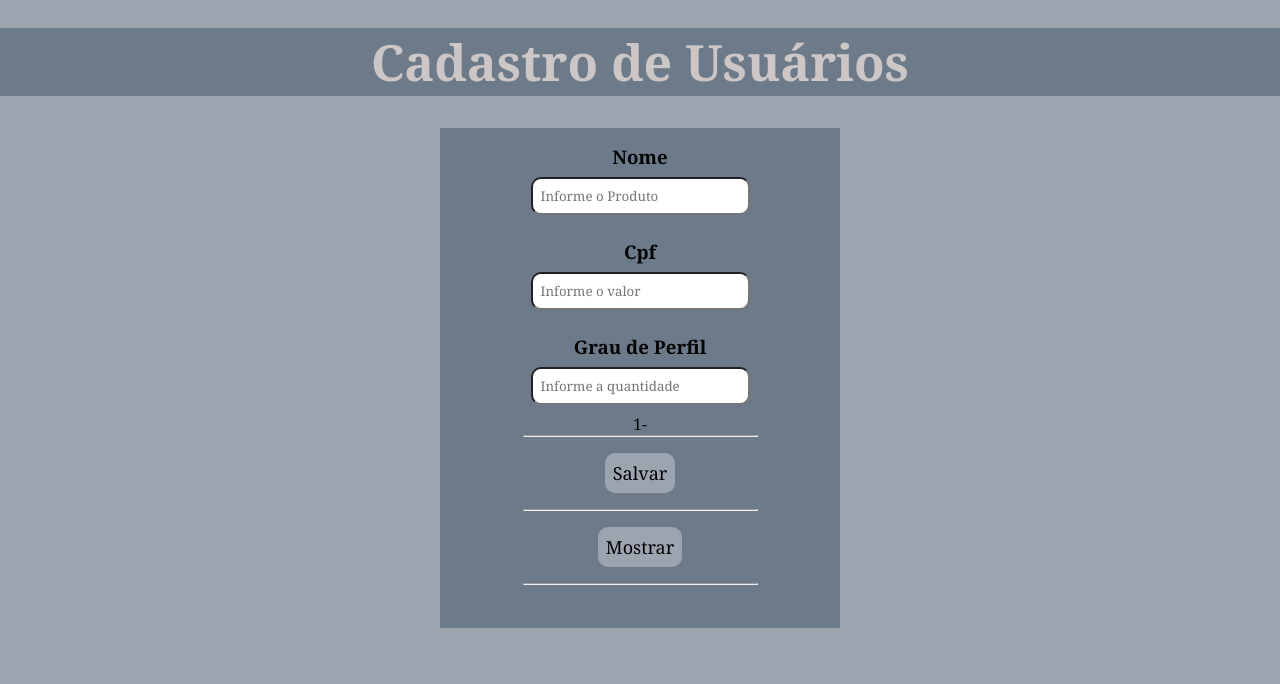
Repository: ArthurKJun/ProjetoCantinaEclipse
Page: http://localhost/arsan/cadastroUsuario.jsp
An editor plug-in stored every save of this project. The page is shown before and after the next save, followed by the edit.
The browser window is 1280 px wide. The pictures show the whole page.
The page is served by Tomcat 9.

Above is the page before, as saved 2023-11-03 21:34:22.

After the next save:
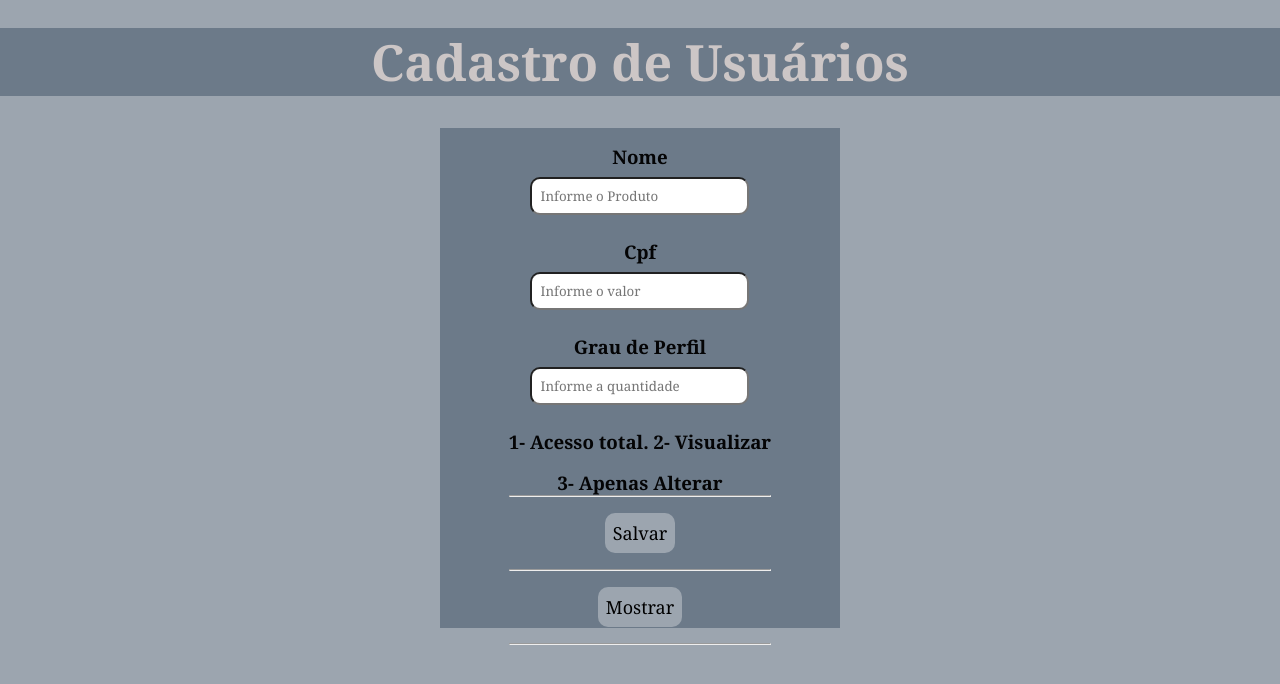
Saved 115 s later.
--- a/arsan/src/main/webapp/cadastroUsuario.jsp
+++ b/arsan/src/main/webapp/cadastroUsuario.jsp
@@ -35,7 +35,8 @@
 					<input type="number" id="quant" name="quantidade"
 						placeholder="Informe a quantidade">
 
-					<p> 1-
+					<h3>1- Acesso total.  2- Visualizar</h3>
+					<h3>3- Apenas Alterar</h3>
 					<hr>
 					<button onclick="Validar()">Salvar</button>
 					<hr>
